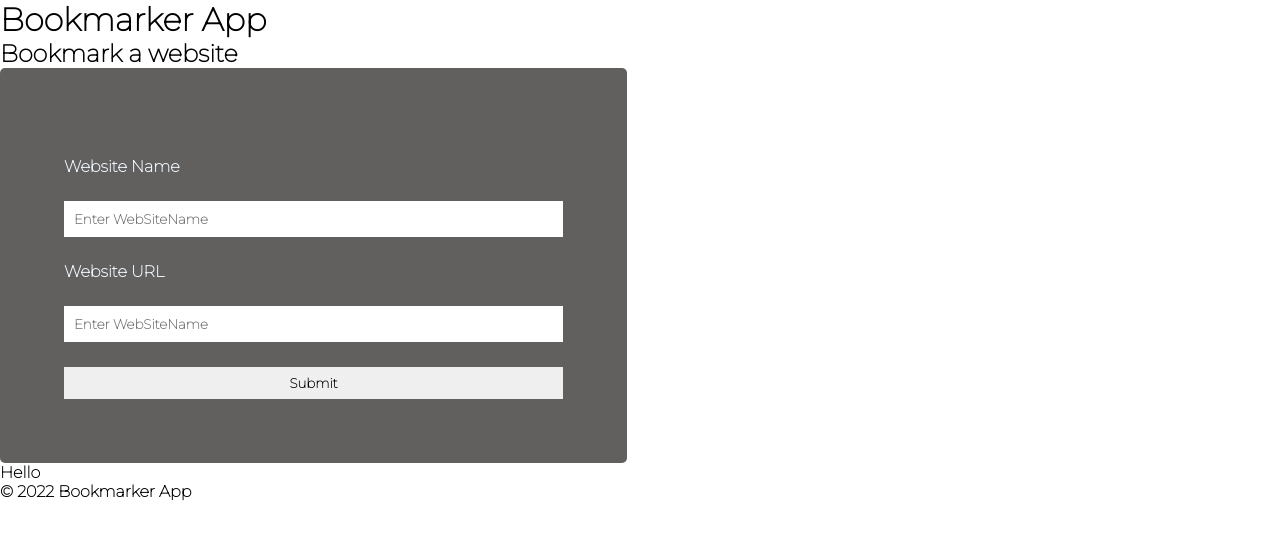
Repository: Suporl9/BookMarkerApp
Page: index.html
The author's editor kept a copy of each file at every save. The page is drawn from the files as they stood at one save, then again after the next save.
The browser window is 1280 px wide. The pictures show the whole page.

Above is the page before, as saved 2021-11-21 20:54:06.

After the next save:
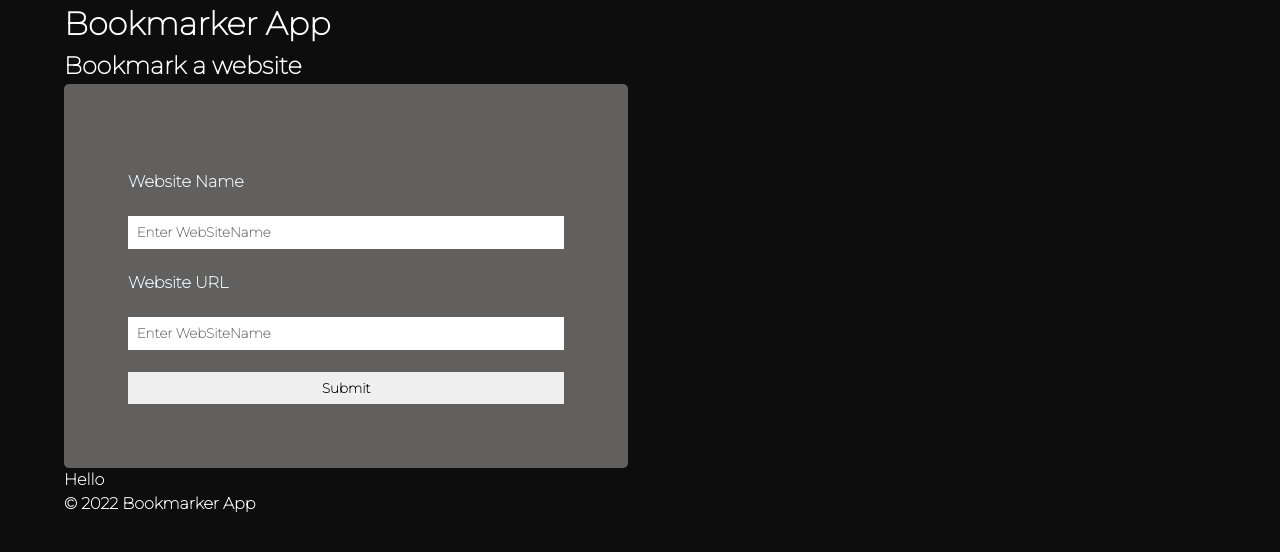
Saved 17 s later.
--- a/style.css
+++ b/style.css
@@ -12,6 +12,14 @@
   padding: 0;
   font-weight: bold;
   border: none;
+}
+body {
+  background: #0d0d0d;
+  font-family: "Poppins", sans-serif;
+  width: 90%;
+  margin: auto;
+  line-height: 1.5;
+  color: #fff;
 }
 .container {
   /* background-color: var(--main-bg-color); */
